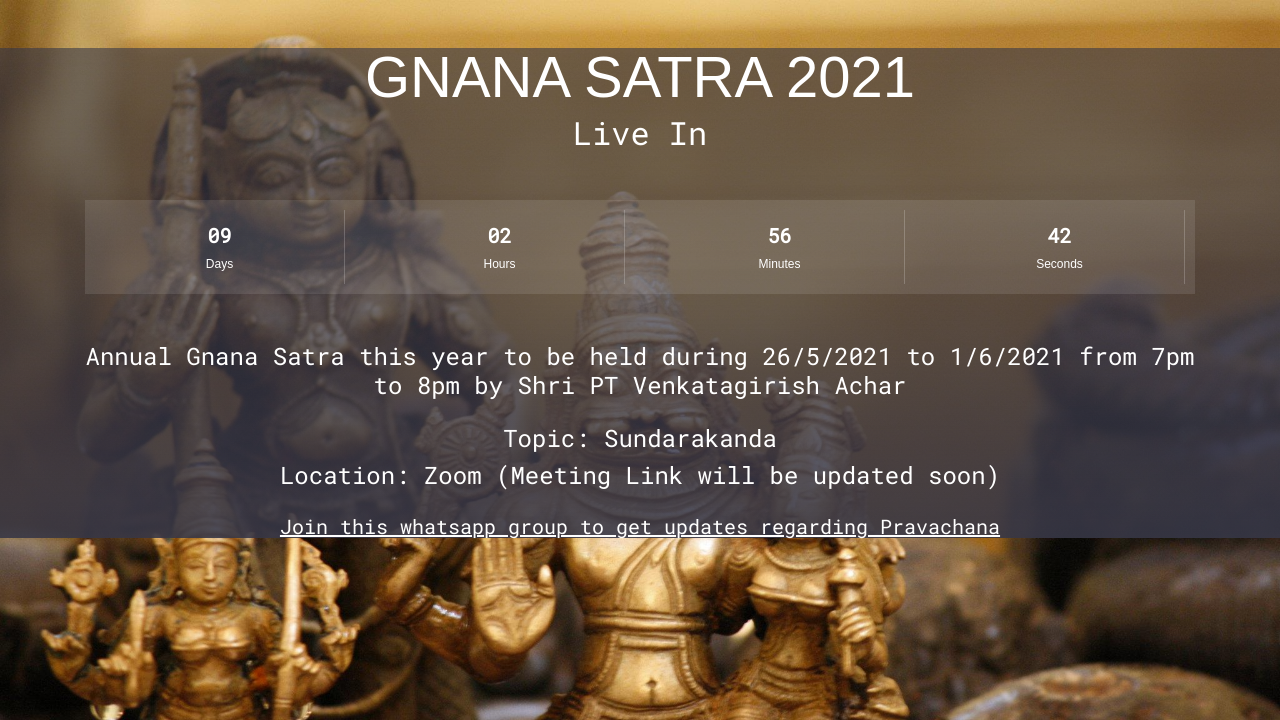
Repository: anirudhbichal/gs
Page: /
An editor plug-in stored every save of this project. The page is shown before and after the next save, followed by the edit.
The browser window is 1280 px wide. The pictures show the whole page.
Some web fonts or font styles are not loaded; a fallback is used. The project was rebuilt for these pictures with package versions that can differ from the ones it lists, and the page was loaded fresh each time.

Above is the page before, as saved 2021-05-18 22:33:36.

After the next save:
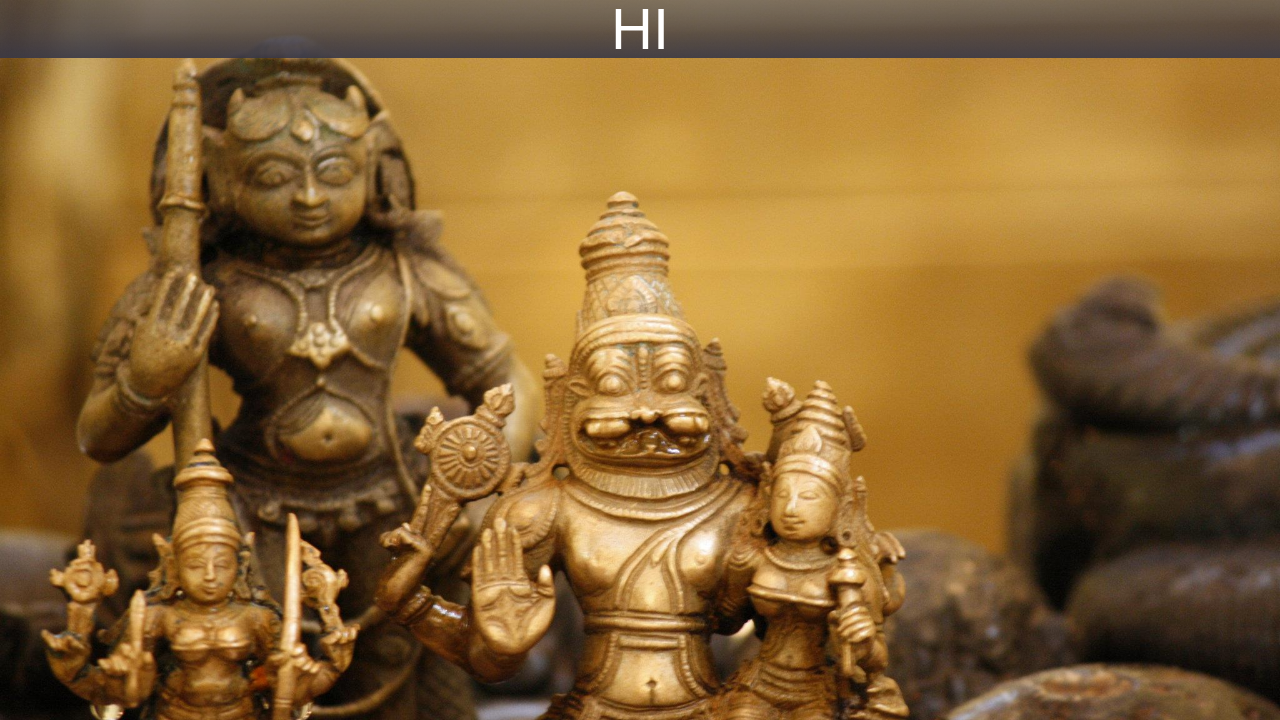
Saved 3 min 29 s later.
--- a/src/App.js
+++ b/src/App.js
@@ -6,7 +6,7 @@ import Timer from "./components/countdown/Timer";
 function App() {
   return (
     <div className="App">
-      <Container className="my-5">
+      {/* <Container className="my-5">
         <h1>
           Gnana Satra 2021
         </h1>
@@ -25,7 +25,8 @@ function App() {
         <h5 className="mt-4 group-link">
           <a href="https://chat.whatsapp.com/Bpkp3Sle3405H2w5DgFScy" target="_blank">Join this whatsapp group to get updates regarding Pravachana </a>
         </h5>
-      </Container>
+      </Container> */}
+      <h1>Hi</h1>
     </div>
   );
 }
